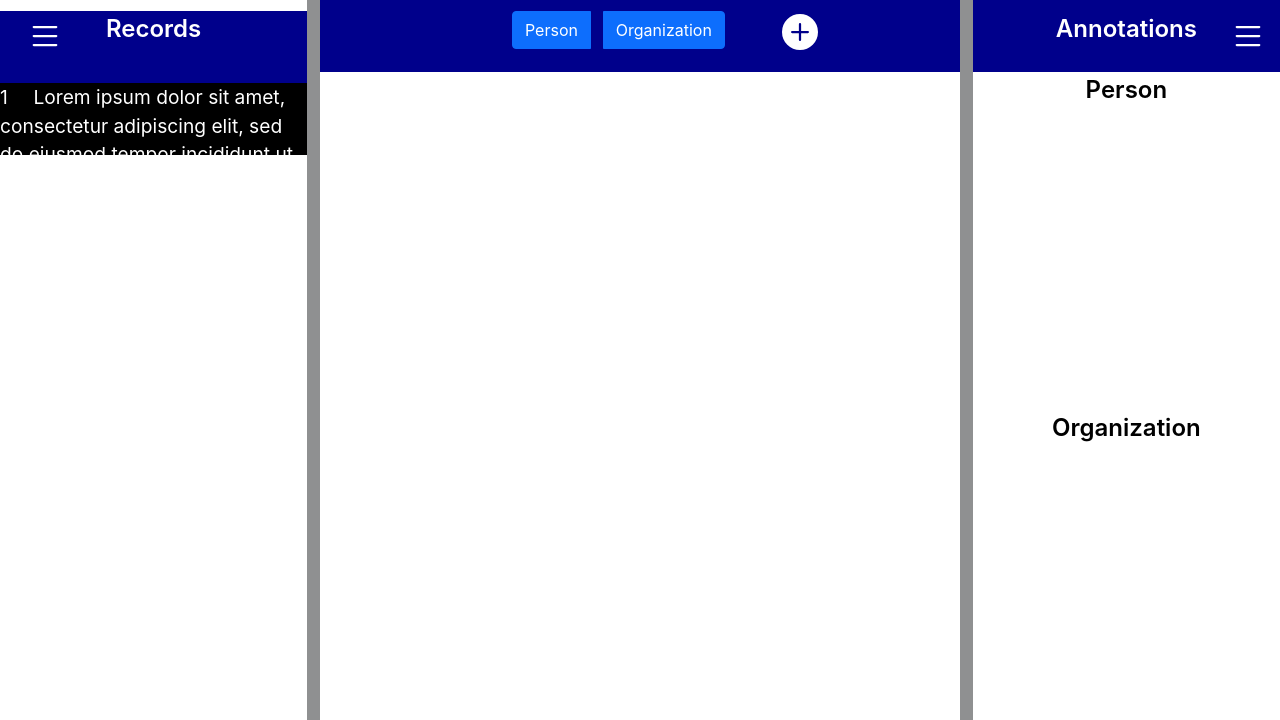
Repository: napan24/classforma_assignment
Page: / (app in client/)
These files come from the project's save history. The page is drawn as it stood at one moment and after a run of saves; the edit follows.
The browser window is 1280 px wide. The pictures show the whole page.
The project was rebuilt for these pictures with package versions that can differ from the ones it lists, and the page was loaded fresh each time. Also part of the build but not shown: client/src/App.css.

Above is the page before, as saved 2022-07-20 18:50:33.

### client/public/index.html
<!DOCTYPE html>
<html lang="en">
  <head>
    <meta charset="utf-8" />
    <link rel="icon" href="%PUBLIC_URL%/favicon.ico" />
    <meta name="viewport" content="width=device-width, initial-scale=1" />
    <meta name="theme-color" content="#000000" />
    <meta
      name="description"
      content="Web site created using create-react-app"
    />
    <link href="https://cdn.jsdelivr.net/npm/bootstrap@5.1.3/dist/css/bootstrap.min.css" rel="stylesheet" integrity="sha384-1BmE4kWBq78iYhFldvKuhfTAU6auU8tT94WrHftjDbrCEXSU1oBoqyl2QvZ6jIW3" crossorigin="anonymous">
    <link rel="apple-touch-icon" href="%PUBLIC_URL%/logo192.png" />
    <!--
      manifest.json provides metadata used when your web app is installed on a
      user's mobile device or desktop. See https://developers.google.com/web/fundamentals/web-app-manifest/
    -->
    <link rel="manifest" href="%PUBLIC_URL%/manifest.json" />
    <!--
      Notice the use of %PUBLIC_URL% in the tags above.
      It will be replaced with the URL of the `public` folder during the build.
      Only files inside the `public` folder can be referenced from the HTML.

      Unlike "/favicon.ico" or "favicon.ico", "%PUBLIC_URL%/favicon.ico" will
      work correctly both with client-side routing and a non-root public URL.
      Learn how to configure a non-root public URL by running `npm run build`.
    -->
    <title>React App</title>
  </head>
  <body>
    <noscript>You need to enable JavaScript to run this app.</noscript>
    <div id="root"></div>
    <!--
      This HTML file is a template.
      If you open it directly in the browser, you will see an empty page.

      You can add webfonts, meta tags, or analytics to this file.
      The build step will place the bundled scripts into the <body> tag.

      To begin the development, run `npm start` or `yarn start`.
      To create a production bundle, use `npm run build` or `yarn build`.
    -->
    <script src="https://cdn.jsdelivr.net/npm/bootstrap@5.1.3/dist/js/bootstrap.bundle.min.js" integrity="sha384-ka7Sk0Gln4gmtz2MlQnikT1wXgYsOg+OMhuP+IlRH9sENBO0LRn5q+8nbTov4+1p" crossorigin="anonymous"></script>
  </body>
</html>

### client/src/App.js
import logo from './logo.svg';
import './App.css';
import Home from './Home';

function App() {
  return (
    <>
      <Home></Home>
    </>
  );
}

export default App;

### client/src/Home.js
'strict origin'
import React, { useState, useEffect } from 'react'
const Home = () => {
    const [textField, setTextField] = useState();
    const [person, setPerson] = useState();
    const [place, setPlace] = useState();
    const [personName, setPersonName] = useState(['']);
    const [placeName, setPlaceName] = useState(['']);
    const [data, setData] = useState("");
    const [leftClose, setLeftClose] = useState(false);
    const [rightClose, setRightClose] = useState(false);
    useEffect(() => {
        if (textField) {
            trending();
        }
    }, [textField])
    const trending = async () => {
        const res = await fetch("/", {
            method: 'POST',
            headers: {
                "Content-Type": "application/json"
            },
            body: JSON.stringify({ textField })
        });
        const result = await res.json();
        console.log(result);
        setPerson(result.filter((arr) => arr.type == 'Person'));
        setPlace(result.filter((arr) => arr.type[0] == 'Place' || arr.type[0] == 'PopulatedPlace' || arr.type[0] == 'Settlement' || arr.type[0] == 'City'));
    };
    useEffect(() => {
        setPersonName(['']);
        if (person) {
            person.forEach(function (arrayItem) {
                setPersonName(curr => [...curr, arrayItem.entityId]);
            });
        }
    }, [person])
    useEffect(() => {
        setPlaceName(['']);
        if (place) {
            console.log(place);
            place.forEach(function (arrayItem) {
                setPlaceName(curr => [...curr, arrayItem.entityId]);
            });
        }
    }, [place])
    const showFile = async (e) => {
        e.preventDefault()
        const reader = new FileReader()
        reader.onload = async (e) => {
            const text = (e.target.result)
            setTextField(text);
        };
        reader.readAsText(e.target.files[0])
    }
    function replace() {
        setTextField(textField.replace(data, ''));
        showAlert("alert")
    }
    function showAlert(id) {
        if (document.getElementById(id).style.display == "inline-block") {
            document.getElementById(id).style.display = "none";
        }
        else {
            document.getElementById(id).style.display = "inline-block";
        }
    }
    function CloseClick(e) {
        setData(e.currentTarget.parentElement.querySelector('.userName').innerText);
        showAlert("alert");
    }
    function showLeftComponent() {
        if (document.getElementById('left_component').style.display == "inline") {
            document.getElementById('left_component').style.display = "none";
            document.getElementById('left_open').style.display = "inline";
        }
        else {
            document.getElementById('left_component').style.display = "inline";
            document.getElementById('left_open').style.display = "none";
        }
        setLeftClose(!leftClose);
    }
    function showRightComponent() {
        if (document.getElementById('right_component').style.display == "inline") {
            document.getElementById('right_component').style.display = "none";
            document.getElementById('right_open').style.display = "inline";
        }
        else {
            document.getElementById('right_component').style.display = "inline";
            document.getElementById('right_open').style.display = "none";
        }
        setRightClose(!rightClose);
    }
    return (
        <>
            <div id="alert" style={{ display: "none", height: "35vh", width: "35vw", backgroundColor: "white", position: "absolute", zIndex: '2', left: "35%", top: "25%", border: "2px solid red" }}>
                <button onClick={() => { showAlert("alert") }} type="button" class="btn btn-primary" style={{ marginRight: "1vw", position: "absolute", bottom: "10%", left: "15%", padding: "2vh" }}>Cancel</button>
                <button onClick={(e) => { replace(e) }} style={{ marginRight: "1vw", position: "absolute", bottom: "10%", left: "65%", padding: "2vh" }} type="button" class="btn btn-primary">Delete</button>
            </div>
            <div style={{ display: 'flex', width: "100vw", height: "100vh", backgroundColor: "#8f9091", overflow: "hidden" }}>
                <div id="left_component" style={{ display: 'inline', width: "24vw", height: "100vh", backgroundColor: "white", marginRight: "1vw" }}>
                    <div style={{ width: "24vw", height: "10vh", backgroundColor: "#00008b", textAlign: 'center', fontSize: '150%', color: "white", fontWeight: "600"}}>
                        <p style={{ marginTop: "1.5vh" }}>
                            Records
                        </p>
                    </div>
                    <svg onClick={() => { showLeftComponent() }} style={{ width: "5vw", height: "5vh", position: 'absolute', left: "1vw", top: "2.5vh", color: 'white' }} xmlns="http://www.w3.org/2000/svg" fill="currentColor" class="bi bi-list" viewBox="0 0 16 16">
                        <path fill-rule="evenodd" d="M2.5 12a.5.5 0 0 1 .5-.5h10a.5.5 0 0 1 0 1H3a.5.5 0 0 1-.5-.5zm0-4a.5.5 0 0 1 .5-.5h10a.5.5 0 0 1 0 1H3a.5.5 0 0 1-.5-.5zm0-4a.5.5 0 0 1 .5-.5h10a.5.5 0 0 1 0 1H3a.5.5 0 0 1-.5-.5z" />
                    </svg>
                    <div style={{ width: "24vw", height: "10vh", backgroundColor: "black",overflow:"hidden",color:"white",fontSize:"120%" }}>
                        <span>
                            1
                        </span>
                        <span style={{height:"5vh",width:"20vw",marginLeft:"2vw"}}>
                            Lorem ipsum dolor sit amet, consectetur adipiscing elit, sed do eiusmod tempor incididunt ut labore et dolore magna aliqua. Ut enim ad minim veniam, quis nostrud exercitation ullamco laboris nisi ut aliquip ex ea commodo consequat. Duis aute irure dolor in reprehenderit in voluptate velit esse cillum dolore eu fugiat nulla pariatur. Excepteur sint occaecat cupidatat non proident, sunt in culpa qui officia deserunt mollit anim id est laborum.
                        </span>
                    </div>
                </div>
                <div style={{ width: leftClose && rightClose ? "100vw" : rightClose ? "75vw" : leftClose ? "75vw" : "50vw", height: "100vh", backgroundColor: "white", marginRight: "1vw", overflowY: "unset" }}>
                    <div style={{ width: leftClose && rightClose ? "100vw" : rightClose ? "75vw" : leftClose ? "75vw" : "50vw", height: "10vh", backgroundColor: "#00008b", position: 'relative', overflowY: 'hidden' }}>
                        <svg id="left_open" onClick={() => { showLeftComponent() }} style={{ display: "none", width: "5vw", height: "5vh", position: 'absolute', left: "1vw", top: "2.5vh", color: 'white' }} xmlns="http://www.w3.org/2000/svg" fill="currentColor" class="bi bi-list" viewBox="0 0 16 16">
                            <path fill-rule="evenodd" d="M2.5 12a.5.5 0 0 1 .5-.5h10a.5.5 0 0 1 0 1H3a.5.5 0 0 1-.5-.5zm0-4a.5.5 0 0 1 .5-.5h10a.5.5 0 0 1 0 1H3a.5.5 0 0 1-.5-.5zm0-4a.5.5 0 0 1 .5-.5h10a.5.5 0 0 1 0 1H3a.5.5 0 0 1-.5-.5z" />
                        </svg>
                        <div class="btn-group" style={{ marginTop: "1.5vh", marginLeft: "15vw" }}>
                            <button type="button" class="btn btn-primary" style={{ marginRight: "1vw" }}>Person</button>
                            <button type="button" class="btn btn-primary">Organization</button>
                        </div>
                        <label for="file">
                            <svg style={{ width: "20%", height: "50%", position: "absolute", right: "15%", top: "2vh", color: "white" }} xmlns="http://www.w3.org/2000/svg" fill="currentColor" class="bi bi-plus-circle-fill" viewBox="0 0 16 16">
                                <path d="M16 8A8 8 0 1 1 0 8a8 8 0 0 1 16 0zM8.5 4.5a.5.5 0 0 0-1 0v3h-3a.5.5 0 0 0 0 1h3v3a.5.5 0 0 0 1 0v-3h3a.5.5 0 0 0 0-1h-3v-3z" />
                            </svg>
                        </label>
                        <input type="file" id="file" onChange={(e) => showFile(e)} style={{ display: "none" }} />
                        <svg id="right_open" onClick={() => { showRightComponent() }} style={{ display: "none", width: "5vw", height: "5vh", position: 'absolute', right: "1vw", top: "2.5vh", color: 'white' }} xmlns="http://www.w3.org/2000/svg" fill="currentColor" class="bi bi-list" viewBox="0 0 16 16">
                            <path fill-rule="evenodd" d="M2.5 12a.5.5 0 0 1 .5-.5h10a.5.5 0 0 1 0 1H3a.5.5 0 0 1-.5-.5zm0-4a.5.5 0 0 1 .5-.5h10a.5.5 0 0 1 0 1H3a.5.5 0 0 1-.5-.5zm0-4a.5.5 0 0 1 .5-.5h10a.5.5 0 0 1 0 1H3a.5.5 0 0 1-.5-.5z" />
                        </svg>
                    </div>
                    <div style={{ width: leftClose && rightClose ? "98vw" : rightClose ? "73vw" : leftClose ? "73vw" : "48vw", height: "85vh", marginLeft: "2vw", marginTop: "5vh", overflowY: "scroll" }}>
                        {textField}
                    </div>
                </div>
                <div id="right_component" style={{ display: 'inline', width: "24vw", height: "100vh", backgroundColor: "white" }}>
                    <div style={{ width: "24vw", height: "10vh", backgroundColor: "#00008b", textAlign: 'center', fontSize: '150%', color: "white", fontWeight: "600", position: 'relative' }}>
                        <p style={{ paddingTop: "1.5vh" }}>
                            Annotations
                        </p>
                        <svg onClick={() => { showRightComponent() }} style={{ width: "5vw", height: "5vh", position: 'absolute', right: "0vw", top: "2.5vh", color: 'white' }} xmlns="http://www.w3.org/2000/svg" fill="currentColor" class="bi bi-list" viewBox="0 0 16 16">
                            <path fill-rule="evenodd" d="M2.5 12a.5.5 0 0 1 .5-.5h10a.5.5 0 0 1 0 1H3a.5.5 0 0 1-.5-.5zm0-4a.5.5 0 0 1 .5-.5h10a.5.5 0 0 1 0 1H3a.5.5 0 0 1-.5-.5zm0-4a.5.5 0 0 1 .5-.5h10a.5.5 0 0 1 0 1H3a.5.5 0 0 1-.5-.5z" />
                        </svg>
                    </div>
                    <div style={{ width: "24vw", height: "5vh", backgroundColor: "white", textAlign: 'center', fontSize: '150%', color: "black", fontWeight: "600", marginBottom: "2vh" }}>
                        <p>
                            Person
                        </p>
                    </div>
                    <div style={{ maxWidth: "24vw", height: "40vh", backgroundColor: "white", textAlign: 'center', fontSize: '150%', color: "black", fontWeight: "600", zIndex: "2", overflowY: "scroll", overflowX: "hidden" }}>
                        {personName && personName.map((user) => (
                            user.length > 0 && <div style={{ width: "24vw", color: "black", height: "3vh", fontSize: "2vh", position: 'relative', borderBottom: '1px solid black' }}>
                                <span className='userName' style={{ width: "12vw" }}>
                                    {user}
                                </span>
                                <svg onClick={(e) => { CloseClick(e) }} style={{ width: "3.5vw", height: "3.5vh", position: 'absolute', right: "0vw", top: "0vh" }} xmlns="http://www.w3.org/2000/svg" fill="currentColor" class="bi bi-x" viewBox="0 0 16 16">
                                    <path d="M4.646 4.646a.5.5 0 0 1 .708 0L8 7.293l2.646-2.647a.5.5 0 0 1 .708.708L8.707 8l2.647 2.646a.5.5 0 0 1-.708.708L8 8.707l-2.646 2.647a.5.5 0 0 1-.708-.708L7.293 8 4.646 5.354a.5.5 0 0 1 0-.708z" />
                                </svg>
                            </div>
                        ))}
                    </div>
                    <div style={{ width: "24vw", height: "5vh", backgroundColor: "white", textAlign: 'center', fontSize: '150%', color: "black", fontWeight: "600", marginBottom: "2vh" }}>
                        <p>
                            Organization
                        </p>
                    </div>
                    <div style={{ width: "24vw", height: "40vh", backgroundColor: "white", textAlign: 'center', fontSize: '150%', color: "black", fontWeight: "600", overflowY: "scroll" }}>
                        {placeName && placeName.map((user) => (
                            user.length > 0 && <div style={{ width: "24vw", color: "black", height: "3vh", fontSize: "2vh", position: 'relative', borderBottom: '1px solid black' }}>
                                <span className='userName' style={{ width: "12vw" }}>
                                    {user}
                                </span>
                                <svg onClick={(e) => { CloseClick(e) }} style={{ width: "3.5vw", height: "3.5vh", position: 'absolute', right: "0vw", top: "0vh" }} xmlns="http://www.w3.org/2000/svg" fill="currentColor" class="bi bi-x" viewBox="0 0 16 16">
                                    <path d="M4.646 4.646a.5.5 0 0 1 .708 0L8 7.293l2.646-2.647a.5.5 0 0 1 .708.708L8.707 8l2.647 2.646a.5.5 0 0 1-.708.708L8 8.707l-2.646 2.647a.5.5 0 0 1-.708-.708L7.293 8 4.646 5.354a.5.5 0 0 1 0-.708z" />
                                </svg>
                            </div>
                        ))}
                    </div>
                </div>
            </div>
        </>
    )
}

export default Home

Loaded but not shown: client/src/index.js (common file); client/src/index.css (common file); client/src/reportWebVitals.js (common file)

After the next 2 saves:
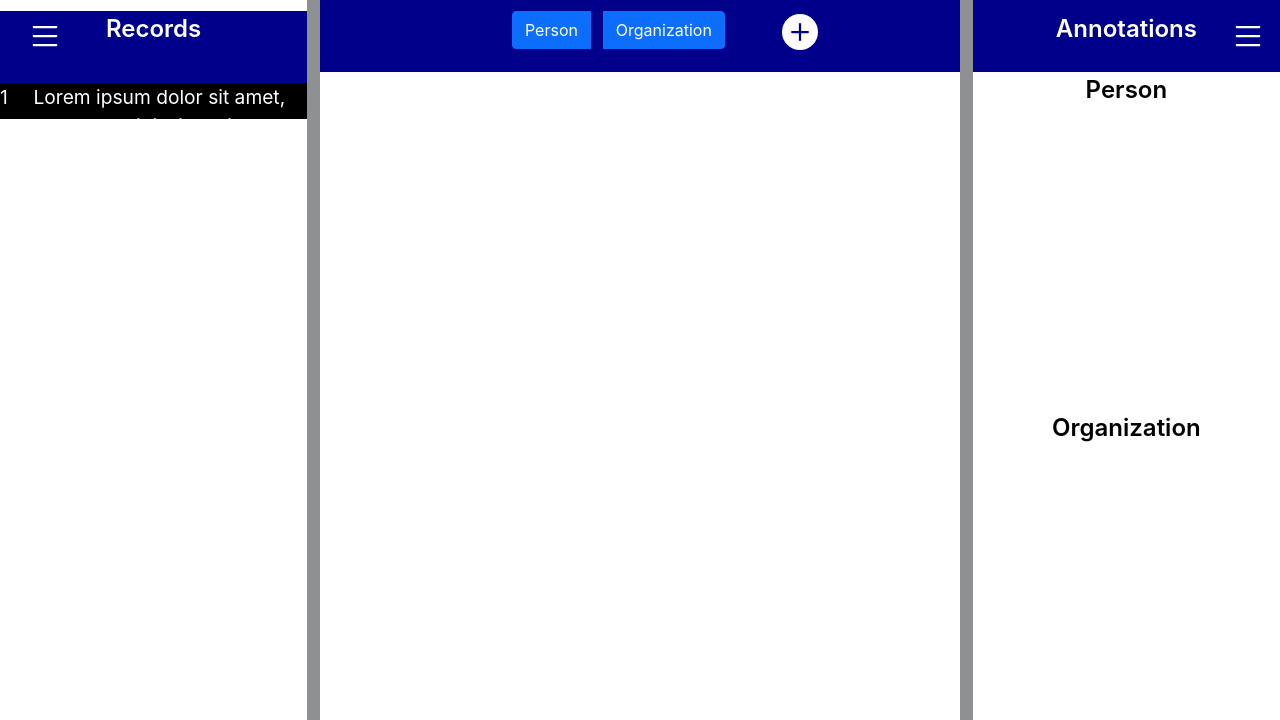
The 2 saves are shown as one change because they came seconds apart.
The last was saved 9 s later.
--- a/client/src/Home.js
+++ b/client/src/Home.js
@@ -107,11 +107,11 @@
                     <svg onClick={() => { showLeftComponent() }} style={{ width: "5vw", height: "5vh", position: 'absolute', left: "1vw", top: "2.5vh", color: 'white' }} xmlns="http://www.w3.org/2000/svg" fill="currentColor" class="bi bi-list" viewBox="0 0 16 16">
                         <path fill-rule="evenodd" d="M2.5 12a.5.5 0 0 1 .5-.5h10a.5.5 0 0 1 0 1H3a.5.5 0 0 1-.5-.5zm0-4a.5.5 0 0 1 .5-.5h10a.5.5 0 0 1 0 1H3a.5.5 0 0 1-.5-.5zm0-4a.5.5 0 0 1 .5-.5h10a.5.5 0 0 1 0 1H3a.5.5 0 0 1-.5-.5z" />
                     </svg>
-                    <div style={{ width: "24vw", height: "10vh", backgroundColor: "black",overflow:"hidden",color:"white",fontSize:"120%" }}>
+                    <div style={{ width: "24vw", height: "5vh", backgroundColor: "black",overflow:"hidden",color:"white",fontSize:"120%" }}>
                         <span>
                             1
                         </span>
-                        <span style={{height:"5vh",width:"20vw",marginLeft:"2vw"}}>
+                        <span style={{height:"10vh",width:"20vw",marginLeft:"2vw"}}>
                             Lorem ipsum dolor sit amet, consectetur adipiscing elit, sed do eiusmod tempor incididunt ut labore et dolore magna aliqua. Ut enim ad minim veniam, quis nostrud exercitation ullamco laboris nisi ut aliquip ex ea commodo consequat. Duis aute irure dolor in reprehenderit in voluptate velit esse cillum dolore eu fugiat nulla pariatur. Excepteur sint occaecat cupidatat non proident, sunt in culpa qui officia deserunt mollit anim id est laborum.
                         </span>
                     </div>

After the save that followed:
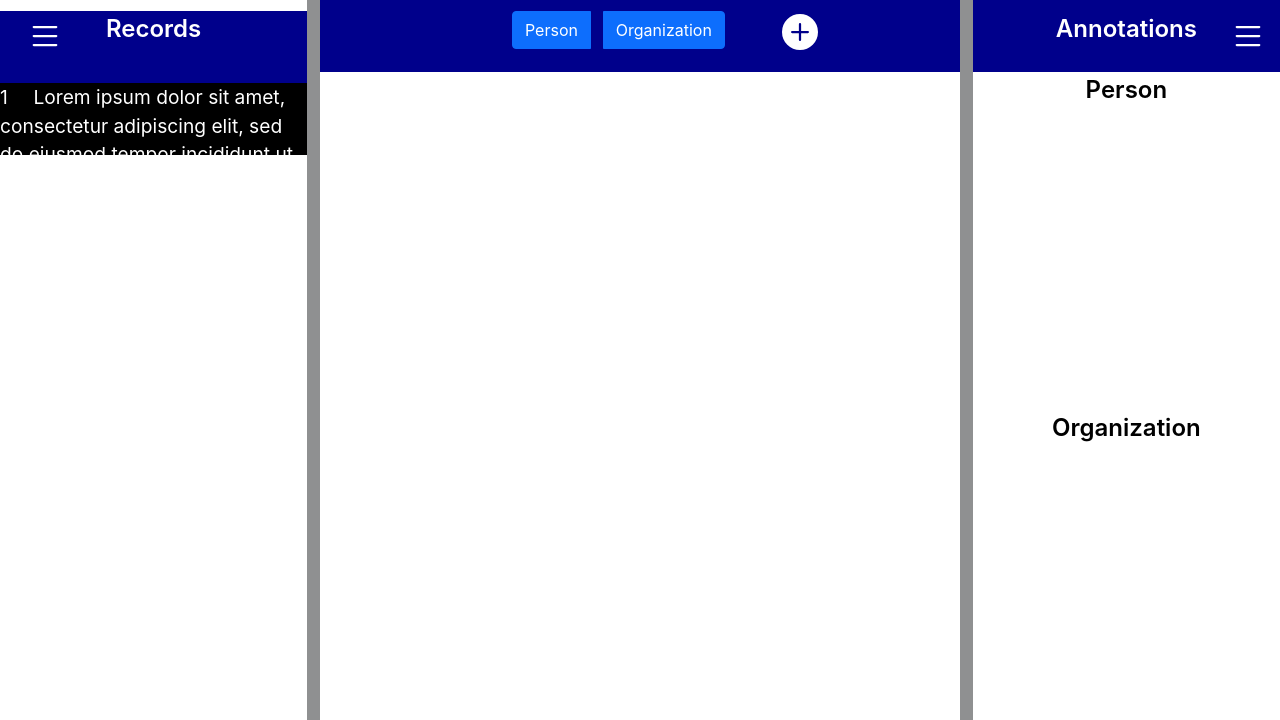
Saved 4 s later.
--- a/client/src/Home.js
+++ b/client/src/Home.js
@@ -107,7 +107,7 @@
                     <svg onClick={() => { showLeftComponent() }} style={{ width: "5vw", height: "5vh", position: 'absolute', left: "1vw", top: "2.5vh", color: 'white' }} xmlns="http://www.w3.org/2000/svg" fill="currentColor" class="bi bi-list" viewBox="0 0 16 16">
                         <path fill-rule="evenodd" d="M2.5 12a.5.5 0 0 1 .5-.5h10a.5.5 0 0 1 0 1H3a.5.5 0 0 1-.5-.5zm0-4a.5.5 0 0 1 .5-.5h10a.5.5 0 0 1 0 1H3a.5.5 0 0 1-.5-.5zm0-4a.5.5 0 0 1 .5-.5h10a.5.5 0 0 1 0 1H3a.5.5 0 0 1-.5-.5z" />
                     </svg>
-                    <div style={{ width: "24vw", height: "5vh", backgroundColor: "black",overflow:"hidden",color:"white",fontSize:"120%" }}>
+                    <div style={{ width: "24vw", height: "10vh", backgroundColor: "black",overflow:"hidden",color:"white",fontSize:"120%" }}>
                         <span>
                             1
                         </span>
